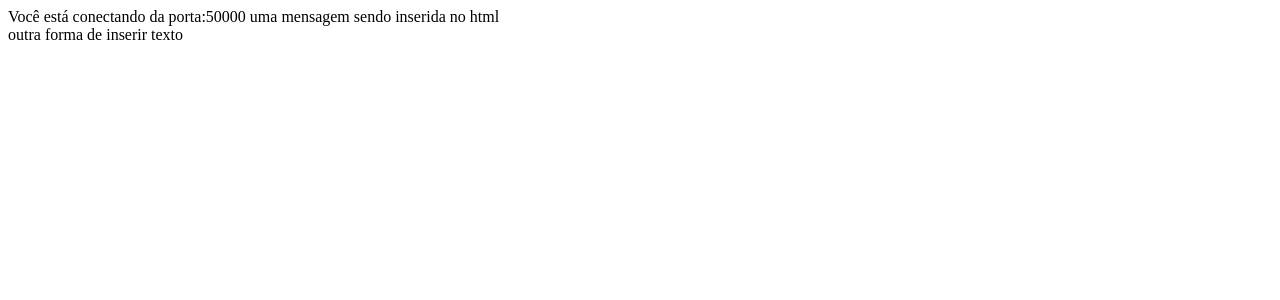
Repository: sophiaks/CRUD
Page: http://localhost/JSP/mensagem.jsp
The author's editor kept a copy of each file at every save. The page is drawn from the files as they stood at one save, then again after the next save.
The browser window is 1280 px wide. The pictures show the whole page.
The page is served by Tomcat 9. Other server files are loaded and not shown.

Above is the page before, as saved 2020-09-16 18:47:33.

### WorkspaceP1/JSP/WebContent/mensagem.jsp
<%@ page language="java" contentType="text/html; charset=ISO-8859-1"
    pageEncoding="ISO-8859-1"%>
<!DOCTYPE html>
<html>
<head>
<meta charset="ISO-8859-1">
<title>Exemplo de JSP</title>
</head>
<body>
<%out.println("Você está conectando da porta:"+ request.getRemotePort()); %>
	<% String mensagem = "uma mensagem sendo inserida no html";  %>
	<% out.println(mensagem); %>
	<br />
	<% String mensagem2 = "outra forma de inserir texto"; %>
	<%= mensagem2 %>
	<br />
	<% System.out.println("Esse texto só aparece no console do tomcat"); %>

</body>
</html>

After the next save:
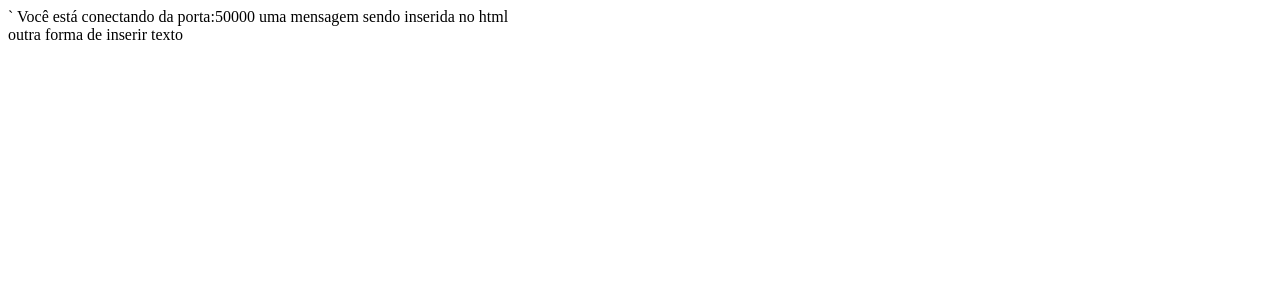
Saved 7 s later.
--- a/WorkspaceP1/JSP/WebContent/mensagem.jsp
+++ b/WorkspaceP1/JSP/WebContent/mensagem.jsp
@@ -7,7 +7,7 @@
 <title>Exemplo de JSP</title>
 </head>
 <body>
-<%out.println("Você está conectando da porta:"+ request.getRemotePort()); %>
+`	<%out.println("Você está conectando da porta:"+ request.getRemotePort()); %>
 	<% String mensagem = "uma mensagem sendo inserida no html";  %>
 	<% out.println(mensagem); %>
 	<br />

After the save that followed:
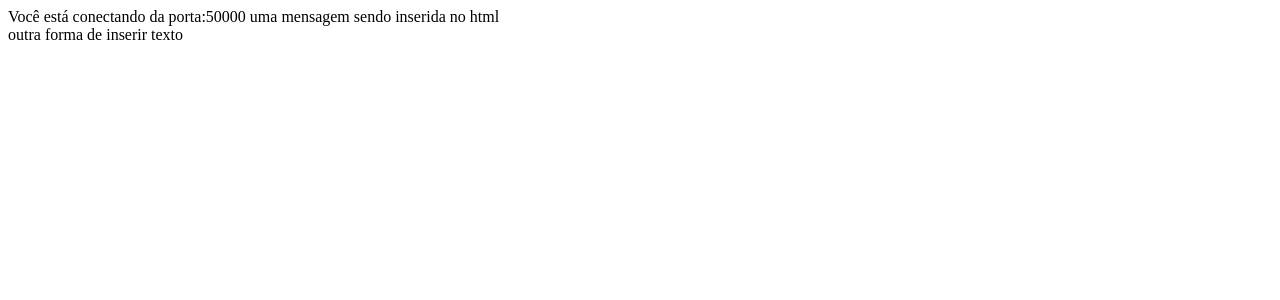
Saved 7 s later.
--- a/WorkspaceP1/JSP/WebContent/mensagem.jsp
+++ b/WorkspaceP1/JSP/WebContent/mensagem.jsp
@@ -7,7 +7,7 @@
 <title>Exemplo de JSP</title>
 </head>
 <body>
-`	<%out.println("Você está conectando da porta:"+ request.getRemotePort()); %>
+ 	<% out.println("Você está conectando da porta:"+ request.getRemotePort()); %>
 	<% String mensagem = "uma mensagem sendo inserida no html";  %>
 	<% out.println(mensagem); %>
 	<br />
